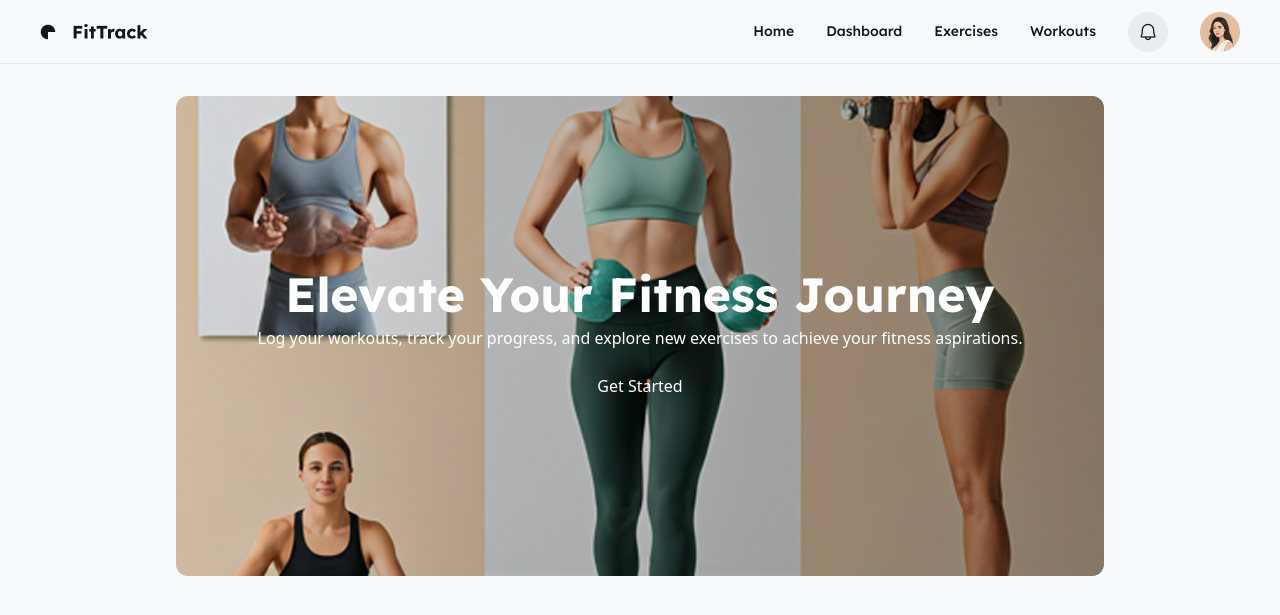
Repository: Emy-gold/fitness-tracking-platform
Page: /
An editor plug-in stored every save of this project. The page is shown before and after the next save, followed by the edit.
The browser window is 1280 px wide. The pictures show the whole page.
The project was rebuilt for these pictures with package versions that can differ from the ones it lists, and the page was loaded fresh each time. Also part of the build but not shown: vite.config.js, src/Pages/Dashboard.jsx, src/Pages/Exercises.jsx, src/Pages/Workouts.jsx, src/components/Footer.jsx.

Above is the page before, as saved 2025-08-24 22:31:53.

After the next save:
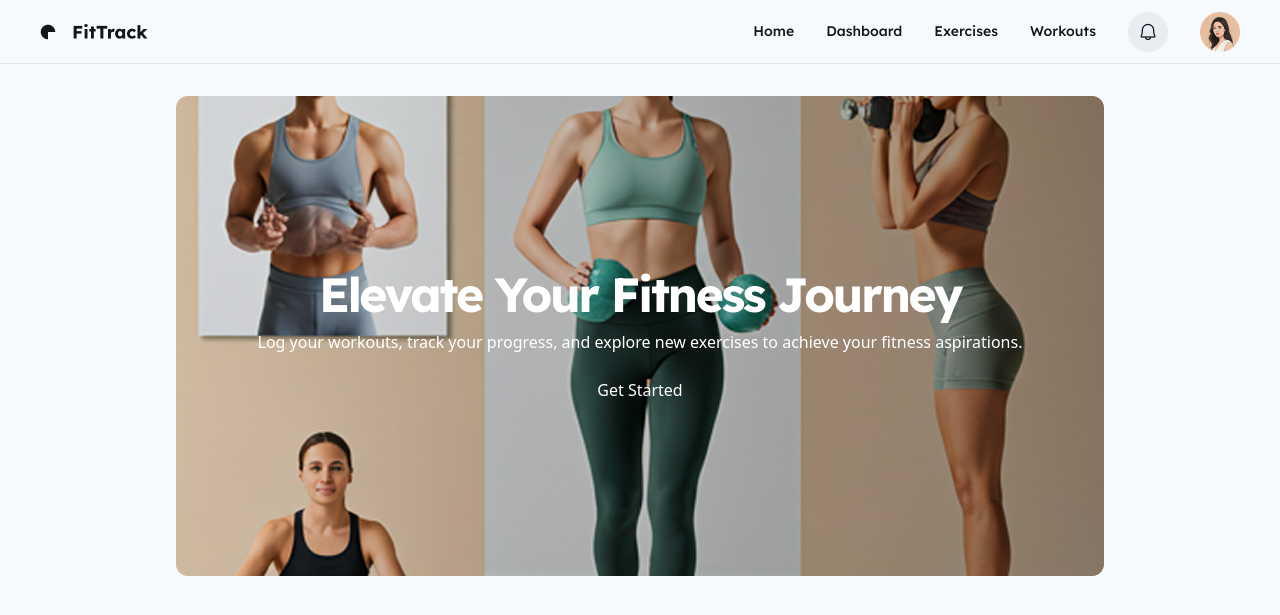
Saved 81 s later.
--- a/src/Pages/Home.jsx
+++ b/src/Pages/Home.jsx
@@ -9,7 +9,7 @@ function Home() {
                 <section className='my-8 relative'>
                     <img src={homepic} className="" />
                     <div className="absolute inset-0 flex flex-col justify-center text-center text-white">
-                        <h1 className='text-5xl font-lexend font-bold mb-3 leading-10'>Elevate Your Fitness Journey</h1>
+                        <h1 className='text-5xl font-lexend font-bold mb-3 tracking-tighter '>Elevate Your Fitness Journey</h1>
                         <p className=''>Log your workouts, track your progress, and explore new exercises to achieve your fitness aspirations.</p>
                         <button className='mt-6'>Get Started</button>
                     </div>
